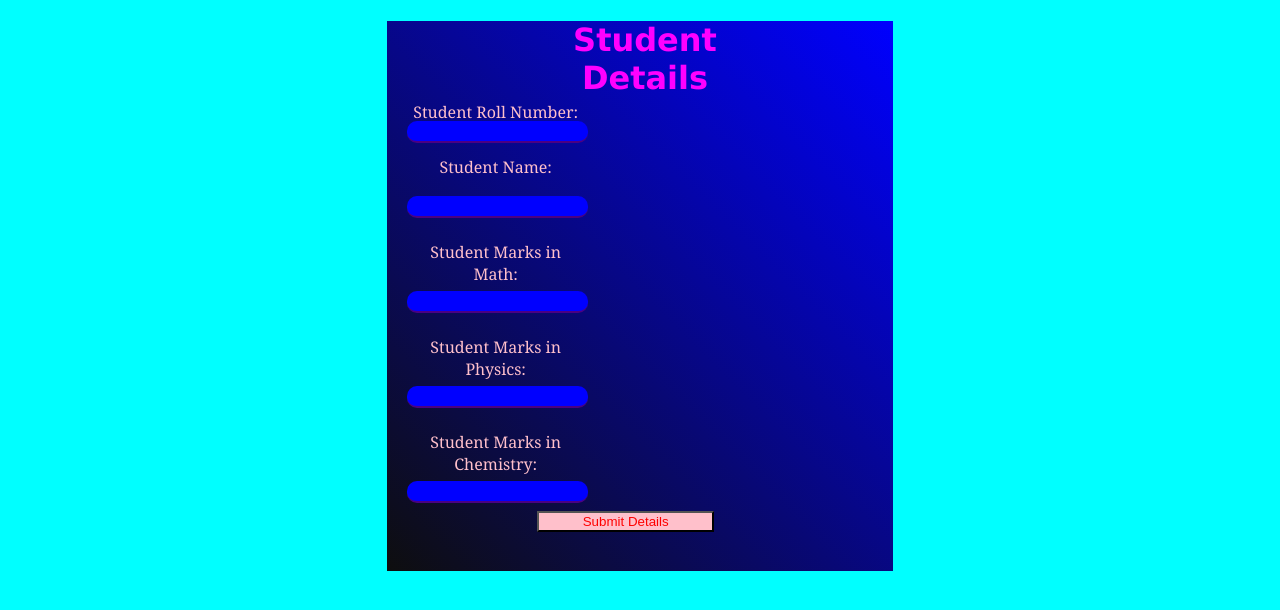
Repository: prm2711/javaapps
Page: eclipse-workspace/FirstProject/WebContent/index.html
The author's editor kept a copy of each file at every save. The page is drawn from the files as they stood at one save, then again after the next save.
The browser window is 1280 px wide. The pictures show the whole page.

Above is the page before, as saved 2018-01-19 10:56:27.

After the next save:
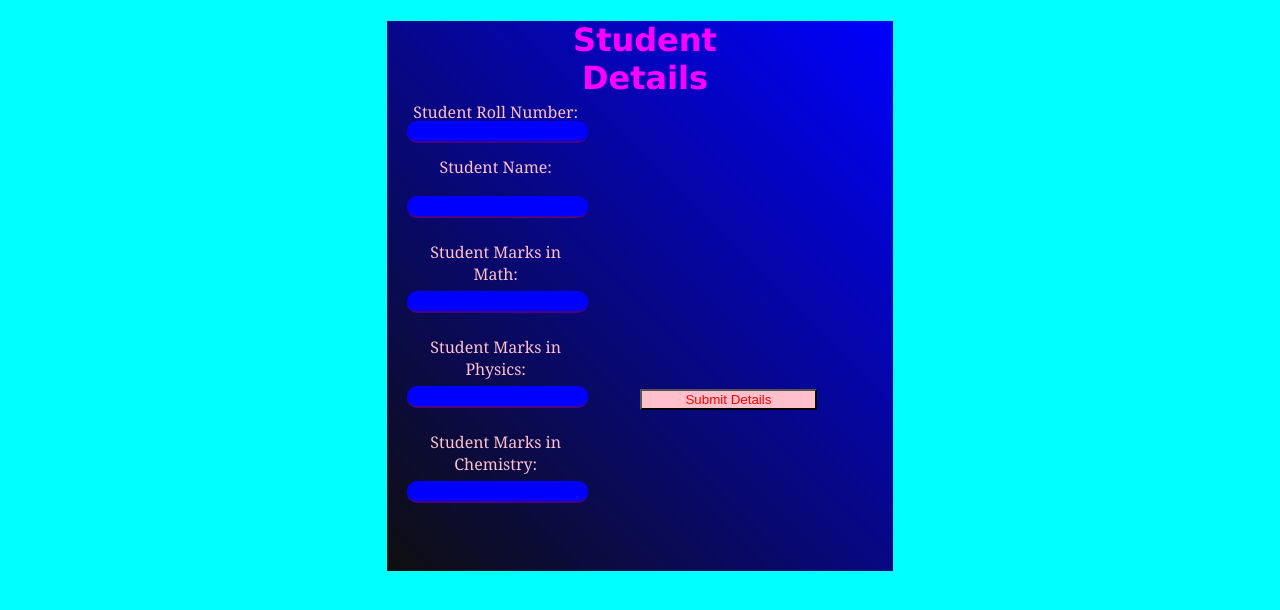
Saved 90 s later.
--- a/eclipse-workspace/FirstProject/WebContent/css/format.css
+++ b/eclipse-workspace/FirstProject/WebContent/css/format.css
@@ -92,8 +92,8 @@ form {
 	background-color: pink;
 	color: red;
 	width: 35%;
-	left: 150px;
-	top: 490px;
+	/*left: 150px;
+	top: 490px;*/
 	margin: 0 auto;
 }
 
